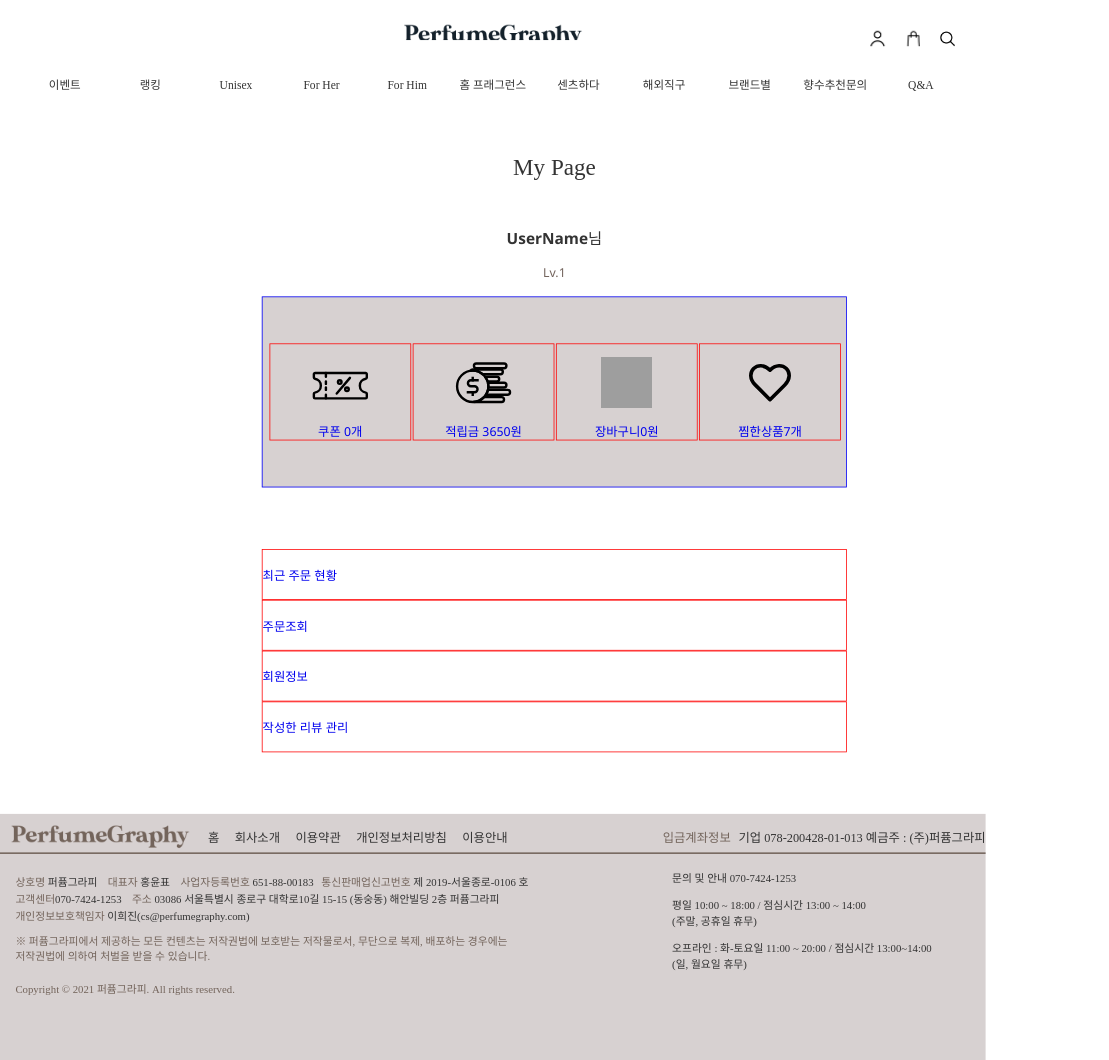
Repository: mingdue03/perfumegraphy
Page: myPage.html
An editor plug-in stored every save of this project. The page is shown before and after the next save, followed by the edit.
The browser window is 1280 px wide. The page is 1440 px wide, so the pictures cover 1440 px, including what lies to the right of the window. The pictures show the whole page, at 77% of full size.
Pictures or frames that could not be fetched are drawn as grey boxes.

Above is the page before, as saved 2021-08-27 14:58:52.

After the next save:
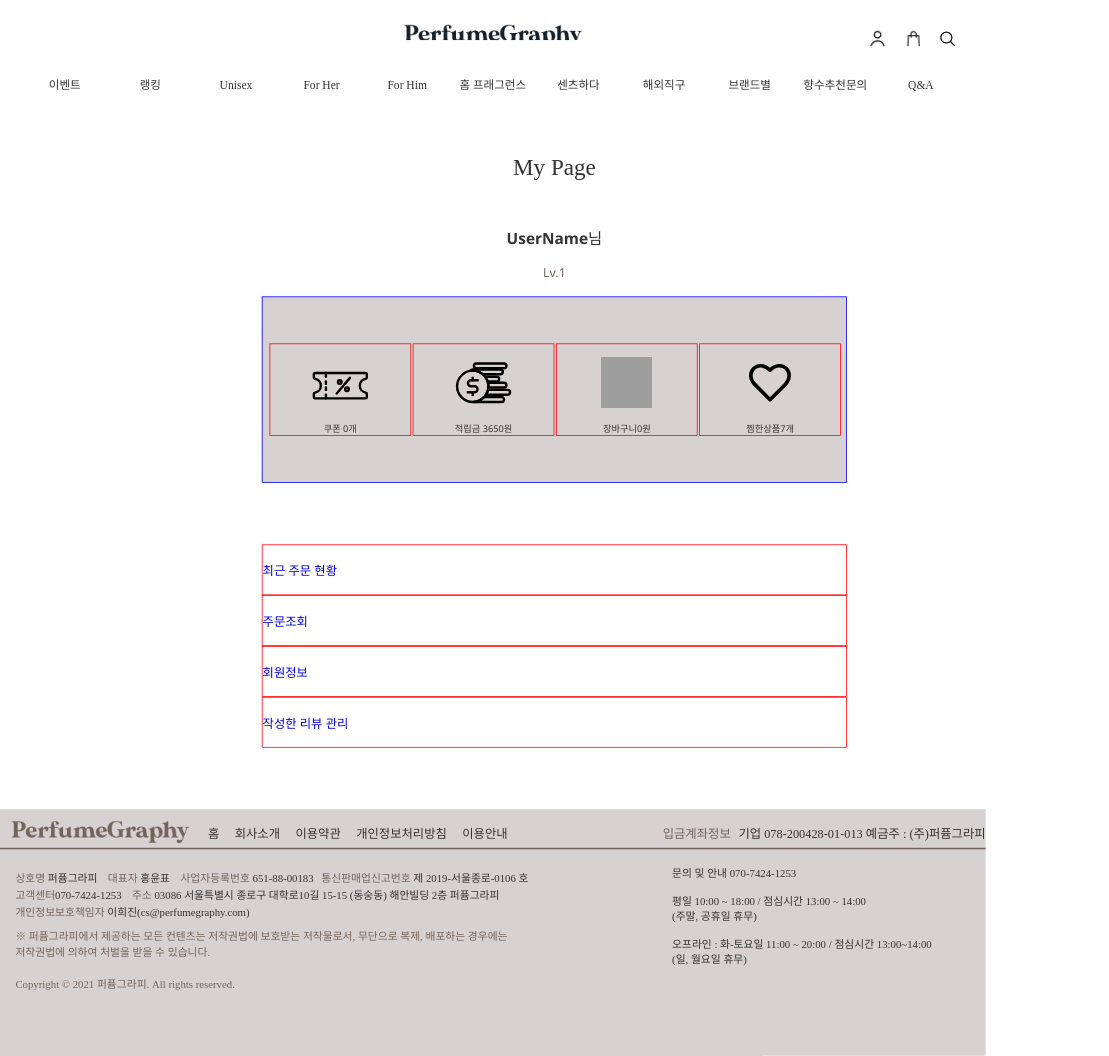
Saved 30 s later.
--- a/css/mypage.css
+++ b/css/mypage.css
@@ -51,6 +51,8 @@
   width:100%;
   height:auto;
   border:1px solid red;
+  font-size:12px;
+  color:#333;
 }
 .coupon_wrap a.coupon:before{
   display:block;
